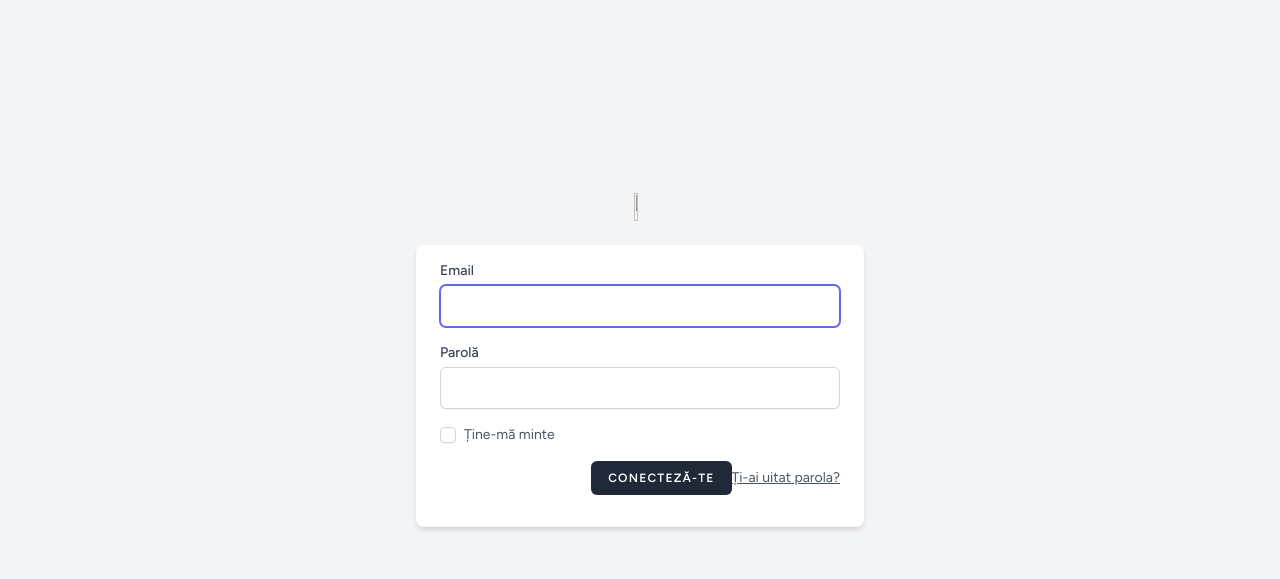
Repository: cosmin05072018/fantastic-events-manager
Page: http://localhost/login
An editor plug-in stored every save of this project. The page is shown before and after the next save, followed by the edit.
The browser window is 1280 px wide. The pictures show the whole page.
The page is served by the project's Laravel application, run on PHP 8.4 with Laravel 10. Other server files are loaded and not shown. Style sheets and scripts are compiled from the project's sources, by tool versions that may differ from the author's.

Above is the page before, as saved 2024-11-03 17:55:06.

### routes/web.php
<?php

use App\Http\Controllers\ProfileController;
use Illuminate\Support\Facades\Route;

/*
|--------------------------------------------------------------------------
| Web Routes
|--------------------------------------------------------------------------
|
| Here is where you can register web routes for your application. These
| routes are loaded by the RouteServiceProvider and all of them will
| be assigned to the "web" middleware group. Make something great!
|
*/

Route::get('/', function () {
    return view('startApp');
});

Route::get('/dashboard', function () {
    return view('dashboard');
})->middleware(['auth', 'verified'])->name('dashboard');

Route::middleware('auth')->group(function () {
    Route::get('/profile', [ProfileController::class, 'edit'])->name('profile.edit');
    Route::patch('/profile', [ProfileController::class, 'update'])->name('profile.update');
    Route::delete('/profile', [ProfileController::class, 'destroy'])->name('profile.destroy');
});

require __DIR__.'/auth.php';

### resources/views/auth/login.blade.php
<style>
    .logo-img {
        width: 100%;
        display: flex;
        align-items: center;
        justify-content: center;
    }
</style>

<x-guest-layout>
    <!-- Session Status -->
    <x-auth-session-status class="mb-4" :status="session('status')" />

    <form method="POST" action="{{ route('login') }}">
        @csrf

        <!-- Email Address -->
        <div>
            <x-input-label for="email" :value="__('Email')" />
            <x-text-input id="email" class="block mt-1 w-full" type="email" name="email" :value="old('email')" required
                autofocus autocomplete="username" />
            <x-input-error :messages="$errors->get('email')" class="mt-2" />
        </div>

        <!-- Password -->
        <div class="mt-4">
            <x-input-label for="password" :value="__('Parolă')" />

            <x-text-input id="password" class="block mt-1 w-full" type="password" name="password" required
                autocomplete="current-password" />

            <x-input-error :messages="$errors->get('password')" class="mt-2" />
        </div>

        <!-- Remember Me -->
        <div class="block mt-4">
            <label for="remember_me" class="inline-flex items-center">
                <input id="remember_me" type="checkbox"
                    class="rounded dark:bg-gray-900 border-gray-300 dark:border-gray-700 text-indigo-600 shadow-sm focus:ring-indigo-500 dark:focus:ring-indigo-600 dark:focus:ring-offset-gray-800"
                    name="remember">
                <span class="ms-2 text-sm text-gray-600 dark:text-gray-400">{{ __('Ține-mă minte') }}</span>
            </label>
        </div>

        <div class="flex items-center justify-end mt-4">
            <x-primary-button class="ms-3">
                {{ __('Conecteză-te') }}
            </x-primary-button>
            @if (Route::has('password.request'))
                <a class="underline text-sm text-gray-600 dark:text-gray-400 hover:text-gray-900 dark:hover:text-gray-100 rounded-md focus:outline-none focus:ring-2 focus:ring-offset-2 focus:ring-indigo-500 dark:focus:ring-offset-gray-800"
                    href="{{ route('password.request') }}">
                    {{ __('Ți-ai uitat parola?') }}
                </a>
            @endif
        </div>
    </form>
</x-guest-layout>

### resources/views/components/application-logo.blade.php
<div class="logo-img">
    <img src="{{ asset('storage/logo.svg') }}" alt="Logo" style="width: 20% !important;">
</div>

Loaded but not shown: routes/auth.php (common file); app/Http/Controllers/Auth/EmailVerificationPromptController.php (common file); app/Http/Controllers/Controller.php (common file); app/Http/Controllers/Auth/VerifyEmailController.php (common file); app/Http/Controllers/Auth/AuthenticatedSessionController.php (common file); app/View/Components/GuestLayout.php (common file); resources/views/components/auth-session-status.blade.php (common file); resources/views/components/input-label.blade.php (common file); resources/views/components/text-input.blade.php (common file); resources/views/components/input-error.blade.php (common file); resources/views/components/primary-button.blade.php (common file); resources/views/layouts/guest.blade.php (common file); resources/css/app.css (common file); tailwind.config.js (common file); resources/js/app.js (common file); resources/js/bootstrap.js (common file)

After the next save:
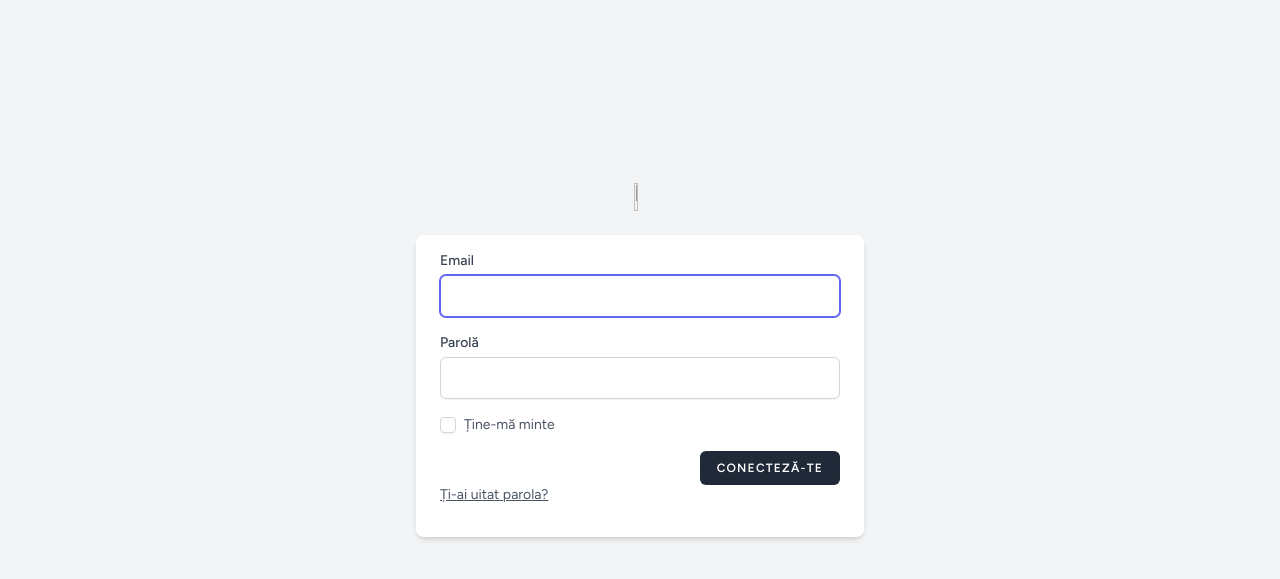
Saved 12 s later.
--- a/resources/views/auth/login.blade.php
+++ b/resources/views/auth/login.blade.php
@@ -46,12 +46,13 @@
             <x-primary-button class="ms-3">
                 {{ __('Conecteză-te') }}
             </x-primary-button>
-            @if (Route::has('password.request'))
+
+        </div>
+        @if (Route::has('password.request'))
                 <a class="underline text-sm text-gray-600 dark:text-gray-400 hover:text-gray-900 dark:hover:text-gray-100 rounded-md focus:outline-none focus:ring-2 focus:ring-offset-2 focus:ring-indigo-500 dark:focus:ring-offset-gray-800"
                     href="{{ route('password.request') }}">
                     {{ __('Ți-ai uitat parola?') }}
                 </a>
             @endif
-        </div>
     </form>
 </x-guest-layout>
